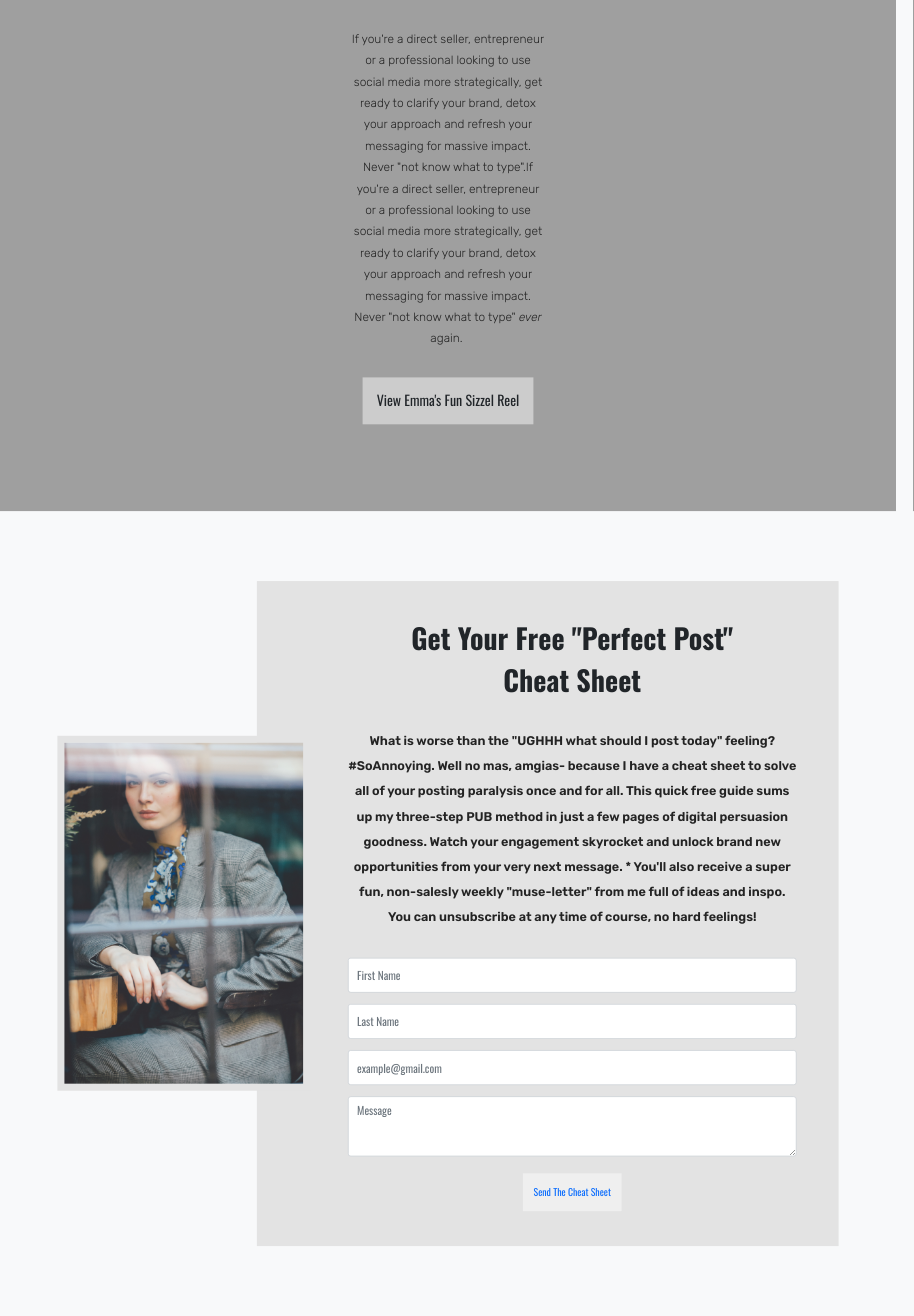
Repository: poroshrahman40/emma-watson-portfolio
Page: index.html
These files come from the project's save history. The page is drawn as it stood at one moment and after the next save; the edit follows.
The browser window is 1280 px wide. The page is 1305 px wide, so the pictures cover 1305 px, including what lies to the right of the window. The pictures show the part of the page from y = 3663 to 5543 px (the page is 5543 px tall), at 70% of full size.
Some web fonts or font styles are not loaded; a fallback is used.

Above is the page before, as saved 2021-12-06 18:50:00.

After the next save:
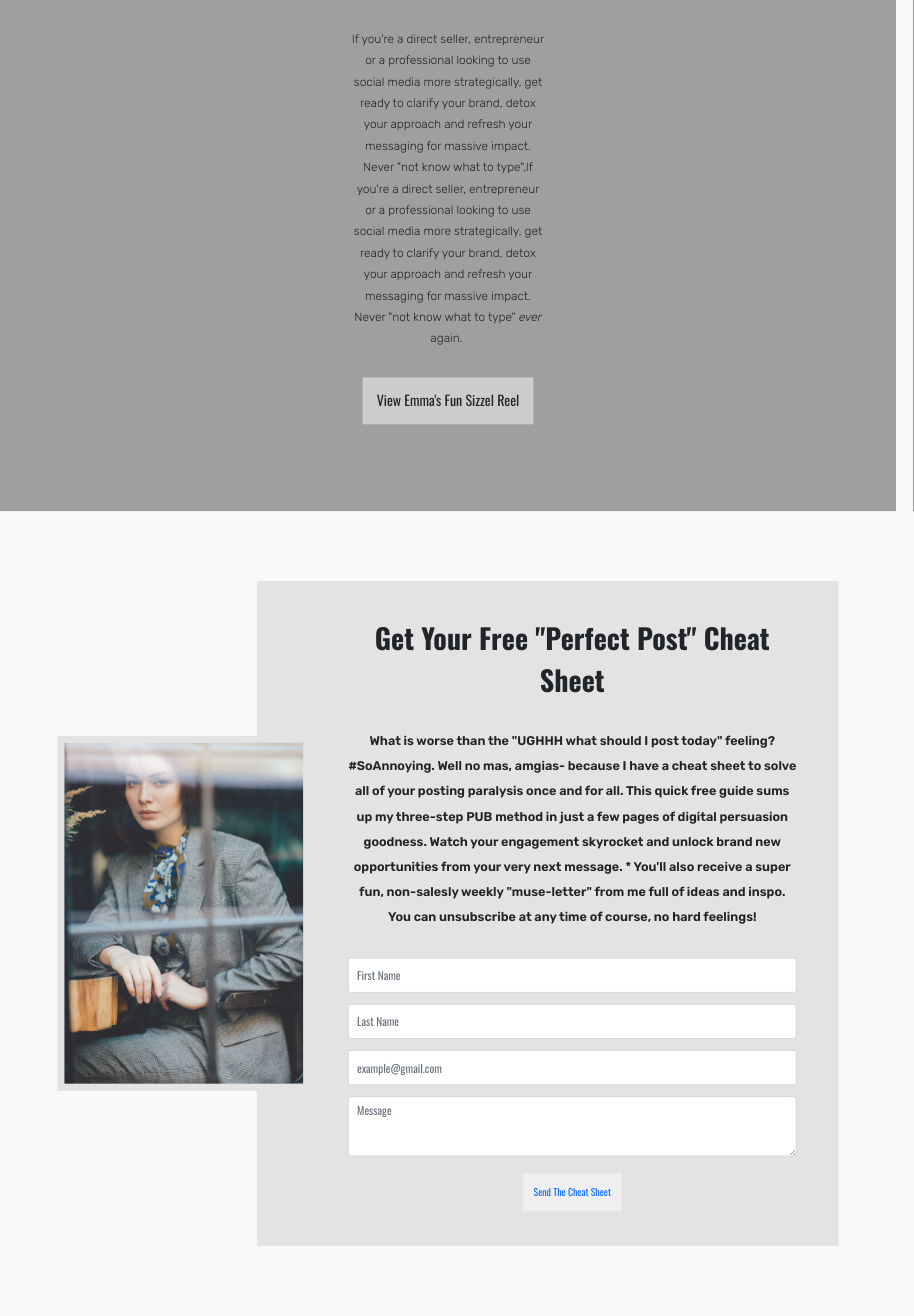
Saved 14 s later.
--- a/index.html
+++ b/index.html
@@ -249,7 +249,7 @@
             <div class="col-lg-9 text-center">
                 <div class="ew-cheat-sheet-card">
                     <div class="ew-offer-title mb-40">
-                        <h1>Get Your Free "Perfect Post" <br> Cheat Sheet</h1>
+                        <h1>Get Your Free "Perfect Post" Cheat Sheet</h1>
                     </div>
                     <p>What is worse than the "UGHHH what should I post today" feeling? #SoAnnoying. Well no mas, amgias- because I have a cheat sheet to solve all of your posting paralysis once and for all. This quick free guide sums up my three-step PUB method in just a few pages of digital persuasion goodness.
 Watch your engagement skyrocket and unlock brand new opportunities from your very next message.
